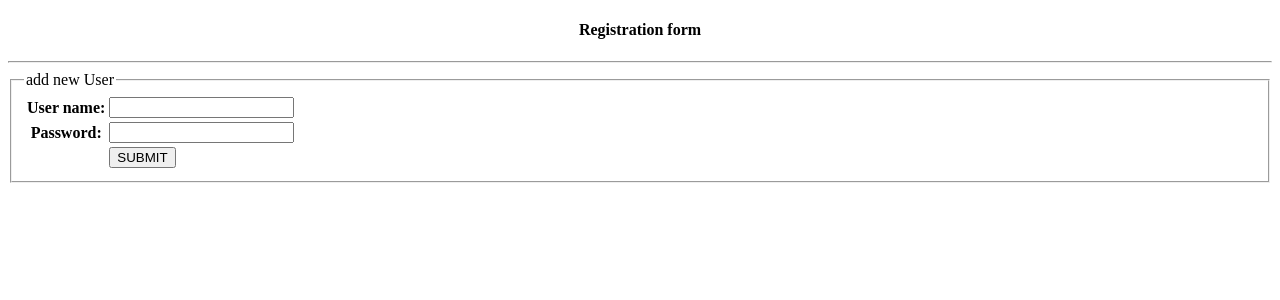
Repository: imrangthub/BlogUsingCoreJava
Page: http://localhost/StartingJsp_00/registration.jsp
These files come from the project's save history. The page is drawn as it stood at one moment and after the next save; the edit follows.
The browser window is 1280 px wide. The pictures show the whole page.
The page is served by Tomcat 9. Other server files are loaded and not shown.

Above is the page before, as saved 2016-12-24 12:21:09.

### StartingJsp_00/WebContent/registration.jsp
<%@ page language="java" contentType="text/html; charset=ISO-8859-1"
    pageEncoding="ISO-8859-1"%>
<!DOCTYPE html PUBLIC "-//W3C//DTD HTML 4.01 Transitional//EN" "http://www.w3.org/TR/html4/loose.dtd">
<html>
<head>
<meta http-equiv="Content-Type" content="text/html; charset=ISO-8859-1">
<title>User Registration</title>
</head>
<body>
<h4 align="center">Registration form</h4>
<hr>

<form action="Registration" method="POST">
<fieldset>
<legend>add new User</legend>
<table>
<tr>
<th>User name:</th>
<td><input type="text" name="userName" /></td>
</tr>
<tr>
<th>Password:</th>
<td><input type="password" name="password"/></td>
</tr>
<tr>
<td></td>
<td><input type="submit" value="SUBMIT"/></td>
</tr>

</table>

</fieldset>

</form>

</body>
</html>

After the next save:
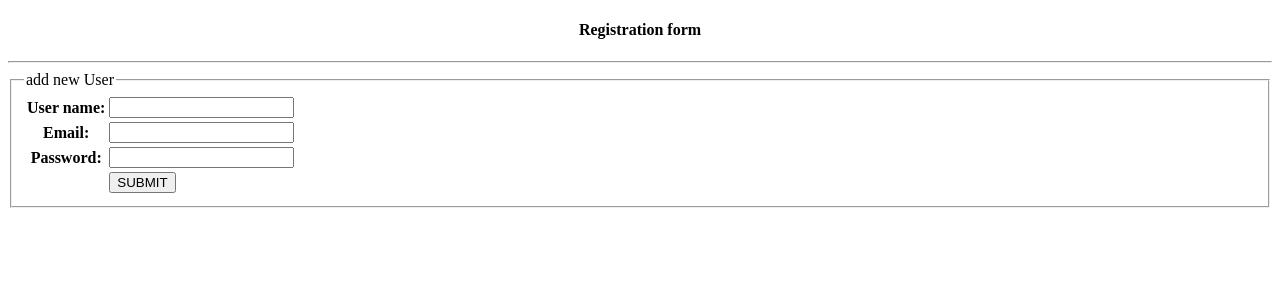
Saved 21 s later.
--- a/StartingJsp_00/WebContent/registration.jsp
+++ b/StartingJsp_00/WebContent/registration.jsp
@@ -19,6 +19,10 @@
 <td><input type="text" name="userName" /></td>
 </tr>
 <tr>
+<th>Email:</th>
+<td><input type="text" name="userName" /></td>
+</tr>
+<tr>
 <th>Password:</th>
 <td><input type="password" name="password"/></td>
 </tr>
